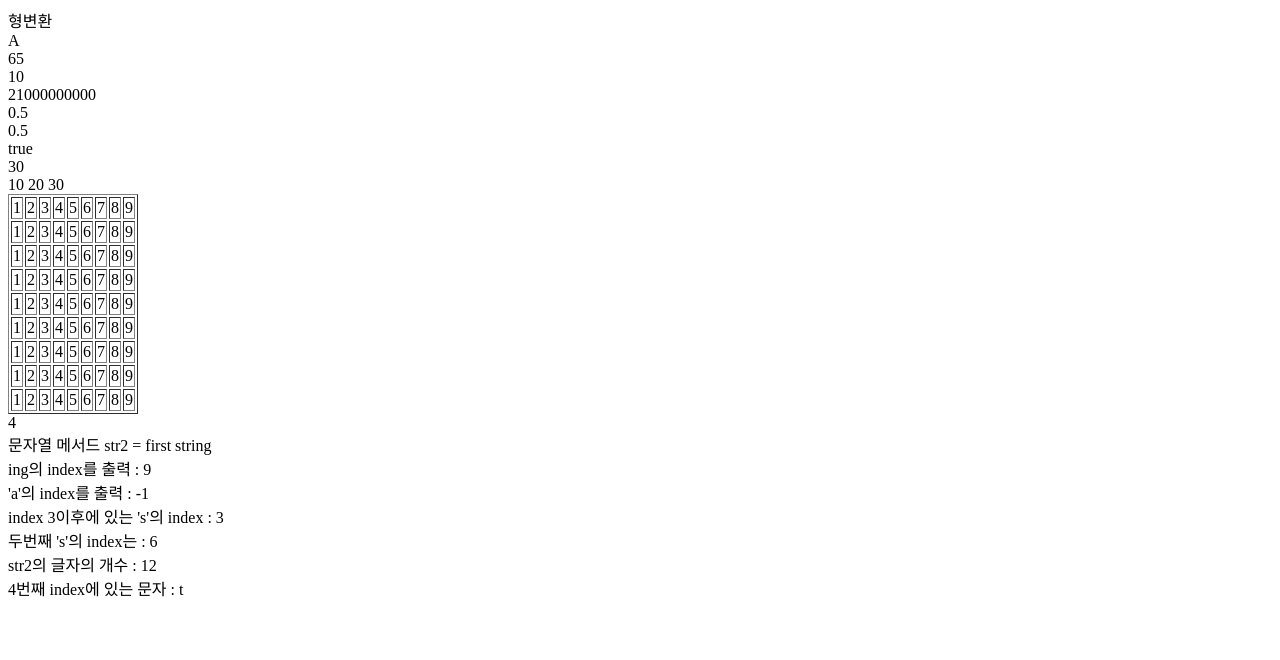
Repository: jeong3/Real_Time_Date
Page: http://localhost/jspGrammar1/Grammar1.jsp
These files come from the project's save history. The page is drawn as it stood at one moment and after the next save; the edit follows.
The browser window is 1280 px wide. The pictures show the whole page.
The page is served by Tomcat 9.

Above is the page before, as saved 2024-08-30 05:32:29.

### eclipse/eclipse-workspace/jspGrammar1/src/main/webapp/Grammar1.jsp
<%@ page language="java" contentType="text/html; charset=UTF-8"
    pageEncoding="UTF-8"%>
<!DOCTYPE html>
<html>
<head>
<meta charset="UTF-8">
<title>Insert title here</title>
</head>
<body>
	형변환 <br />
	<%= (char)65 %><br />
	<%= (int)'A' %><br />
	<%
	int i = 10;
	out.print(i + "<br />");
	long l = 210000000;
	l = 21000000000L;
	out.print(l+"<br />");
	float f = 0.5f;
	out.print(f+"<br />");
	double d = 0.5;
	out.print(d+"<br />");
	boolean bl = true;
	out.print (bl+"<br />");
	String str = "10";
	String str1 = "20";
	out.print(Integer.parseInt(str) + Integer.parseInt(str1)+"<br />");
	Integer i1 = 10; //boxing
	i = i1; //unboxing

	//배열
	int [] arrayInt = new int[3];
	arrayInt[0] = 10;
	arrayInt[1] = 20;
	arrayInt[2] = 30;
	for(int val : arrayInt){
		out.print(val+" ");
	}

	%><br />
	<table border="1">
	<%

	int tr = 1;
	while(tr <= 9){
		out.print("<tr>");
		int td = 1;
		while(td <= 9){
			out.print("<td>"+td+"</td>");
			td++;
		}
		out.print("</tr>");
		tr++;
	}
	%>
	</table>
	<%
	int num = 12 / 3;
	switch(num){
	case 1 : out.print("1"); break;
	case 2 : out.print("2"); break;
	case 3 : out.print("3"); break;
	case 4 : out.print("4"); break;
	default : out.print("해당 숫자 없음");
	}

	%> <br />
	문자열 메서드
	<%
		String str2 = "first string";
		String str3 = "second string";
	%>
	str2 = <%= str2 %><br />
	ing의 index를 출력 : <%= str2.indexOf("ing") %><br />
	'a'의 index를 출력 : <%= str2.indexOf('a') %><br /> <!--  -1을 출력 -->
	index 3이후에 있는 's'의 index : <%= str2.indexOf('s',3) %><br />
	두번째 's'의 index는 : <%= str2.indexOf('s',str2.indexOf('s')+1) %><br />
	str2의 글자의 개수 : <%= str2.length() %><br />
	4번째 index에 있는 문자 : <%=str2.charAt(4) %><br />




















</body>
</html>

After the next save:
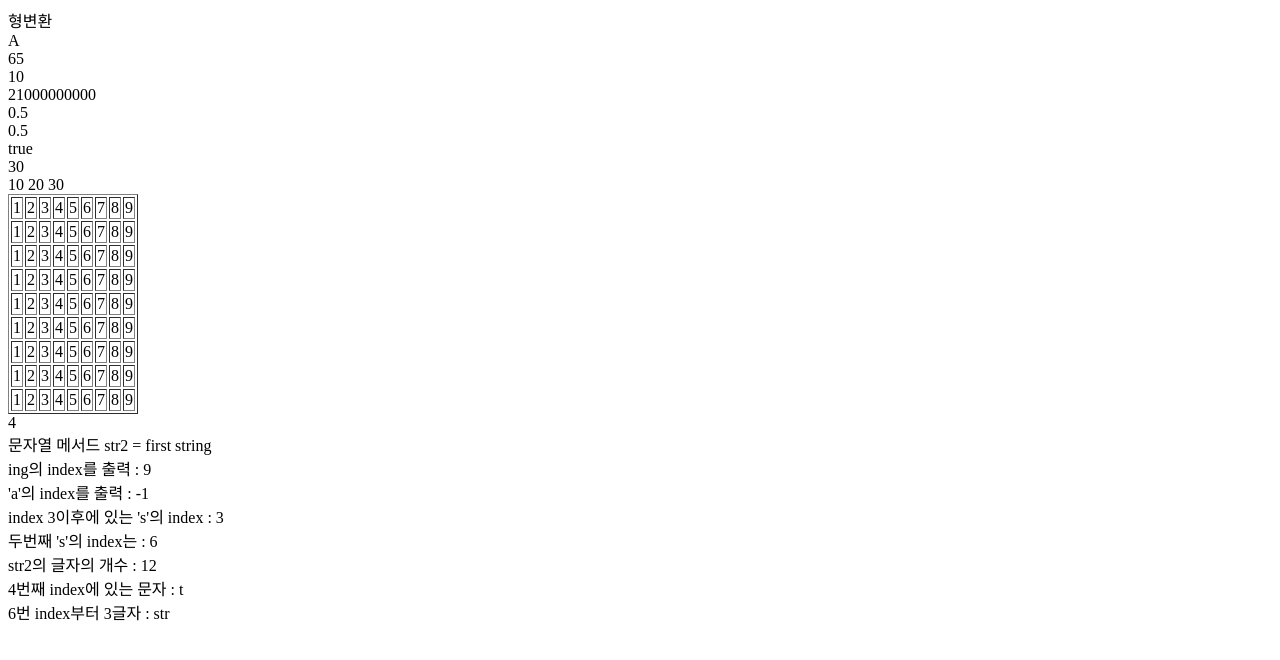
Saved 57 s later.
--- a/eclipse/eclipse-workspace/jspGrammar1/src/main/webapp/Grammar1.jsp
+++ b/eclipse/eclipse-workspace/jspGrammar1/src/main/webapp/Grammar1.jsp
@@ -77,6 +77,7 @@
 	두번째 's'의 index는 : <%= str2.indexOf('s',str2.indexOf('s')+1) %><br />
 	str2의 글자의 개수 : <%= str2.length() %><br />
 	4번째 index에 있는 문자 : <%=str2.charAt(4) %><br />
+	6번 index부터 3글자 : <%= str2.substring(6,9) %><br />
 
 
 
